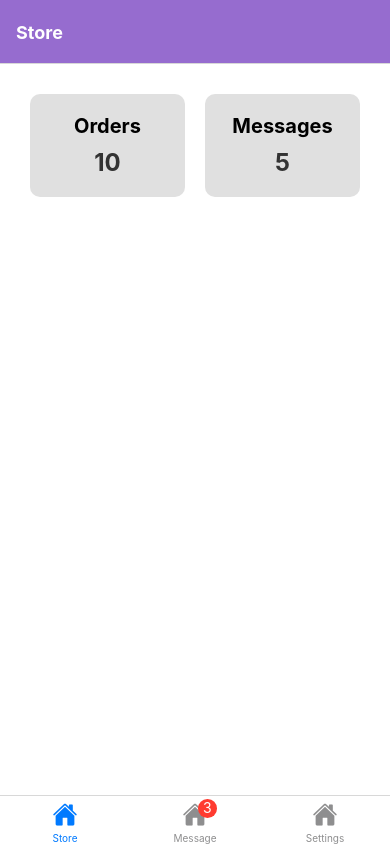
Repository: Waikato153/AwesomeProject
Screen: /
An editor plug-in stored every save of this project. The screen is shown before and after the next save, followed by the edit.
The app was drawn by React Native's web renderer in a window 390 px wide. The project was rebuilt for these pictures with package versions that can differ from the ones it lists, and the page was loaded fresh each time.

Above is the screen before, as saved 2024-02-28 17:19:41.

### App.js
import * as React from 'react';
import { Text, View, StyleSheet} from 'react-native';
import { NavigationContainer } from '@react-navigation/native';
import { createBottomTabNavigator } from '@react-navigation/bottom-tabs';
import { Ionicons } from '@expo/vector-icons';

import HomeScreen from './screens/HomeScreen';

function SettingsScreen() {
  return (
    <View style={{ flex: 1, justifyContent: 'center', alignItems: 'center' }}>
      <Text>Settings!</Text>
    </View>
  );
}


const styles = StyleSheet.create({
  container: {
    flex: 1,
    justifyContent: 'center',
    backgroundColor: 'white',
    alignItems: 'center',
    padding: 8,
  },
  paragraph: {
    margin: 24,
    fontSize: 18,
    fontWeight: 'bold',
    textAlign: 'center',
  },
});

const Tab = createBottomTabNavigator();

function MyTabs() {
  return (

    <Tab.Navigator
      screenOptions={{
        tabBarIcon: ({ color, size }) => (
          <Ionicons name="home" color={color} size={size} />
        ),
        headerStyle: {
          backgroundColor: '#966ccf',
        },
        headerTintColor: '#fff',
        headerTitleStyle: {
          fontWeight: 'bold',
        },
      }}
    >
      <Tab.Screen
        name="Store"
        component={HomeScreen}

      />
      <Tab.Screen
        name="Message"
        component={SettingsScreen}
        options={{
          tabBarBadge: 3
        }}
      />
      <Tab.Screen
        name="Settings"
        component={SettingsScreen}
      />
    </Tab.Navigator>
  );
}

export default function App() {
  return (
    <NavigationContainer>
      <MyTabs />
    </NavigationContainer>
  );
}

### screens/HomeScreen.js
import React from 'react';
import { View, Text, StyleSheet } from 'react-native';

const HomeScreen = () => {
  return (
    <View style={styles.container}>
      <View style={styles.block}>
        <Text style={styles.title}>Orders</Text>
        <Text style={styles.count}>10</Text>
      </View>
      <View style={styles.block}>
        <Text style={styles.title}>Messages</Text>
        <Text style={styles.count}>5</Text>
      </View>

    </View>
  );
};



const styles = StyleSheet.create({
  container: {
    flex: 1,
    flexDirection: 'row',
    justifyContent: 'space-around',
    alignItems: 'flex-start',
    backgroundColor: '#ffffff',
    padding: 20,
  },
  block: {
    flex: 1,
    justifyContent: 'center',
    alignItems: 'center',
    backgroundColor: '#e0e0e0',
    borderRadius: 10,
    padding: 20,
    margin: 10,
  },
  title: {
    fontSize: 20,
    fontWeight: 'bold',
    marginBottom: 10,
  },
  count: {
    fontSize: 24,
    fontWeight: 'bold',
    color: '#333333',
  },
});



export default HomeScreen;

After the next save:
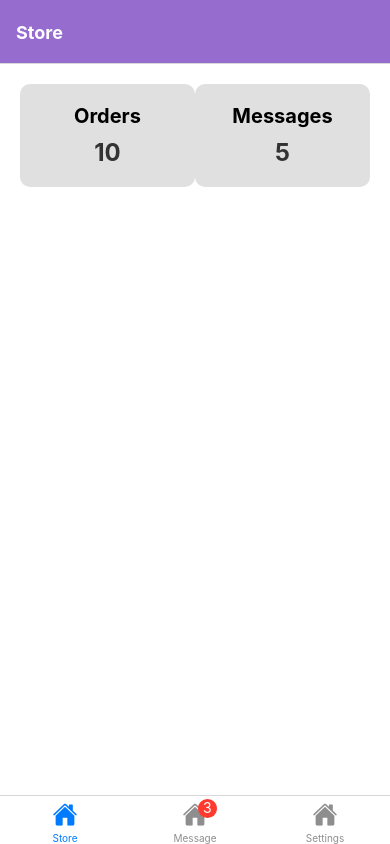
Saved 6 s later.
--- a/screens/HomeScreen.js
+++ b/screens/HomeScreen.js
@@ -35,7 +35,7 @@ const styles = StyleSheet.create({
     backgroundColor: '#e0e0e0',
     borderRadius: 10,
     padding: 20,
-    margin: 10,
+    margin: 0,
   },
   title: {
     fontSize: 20,
